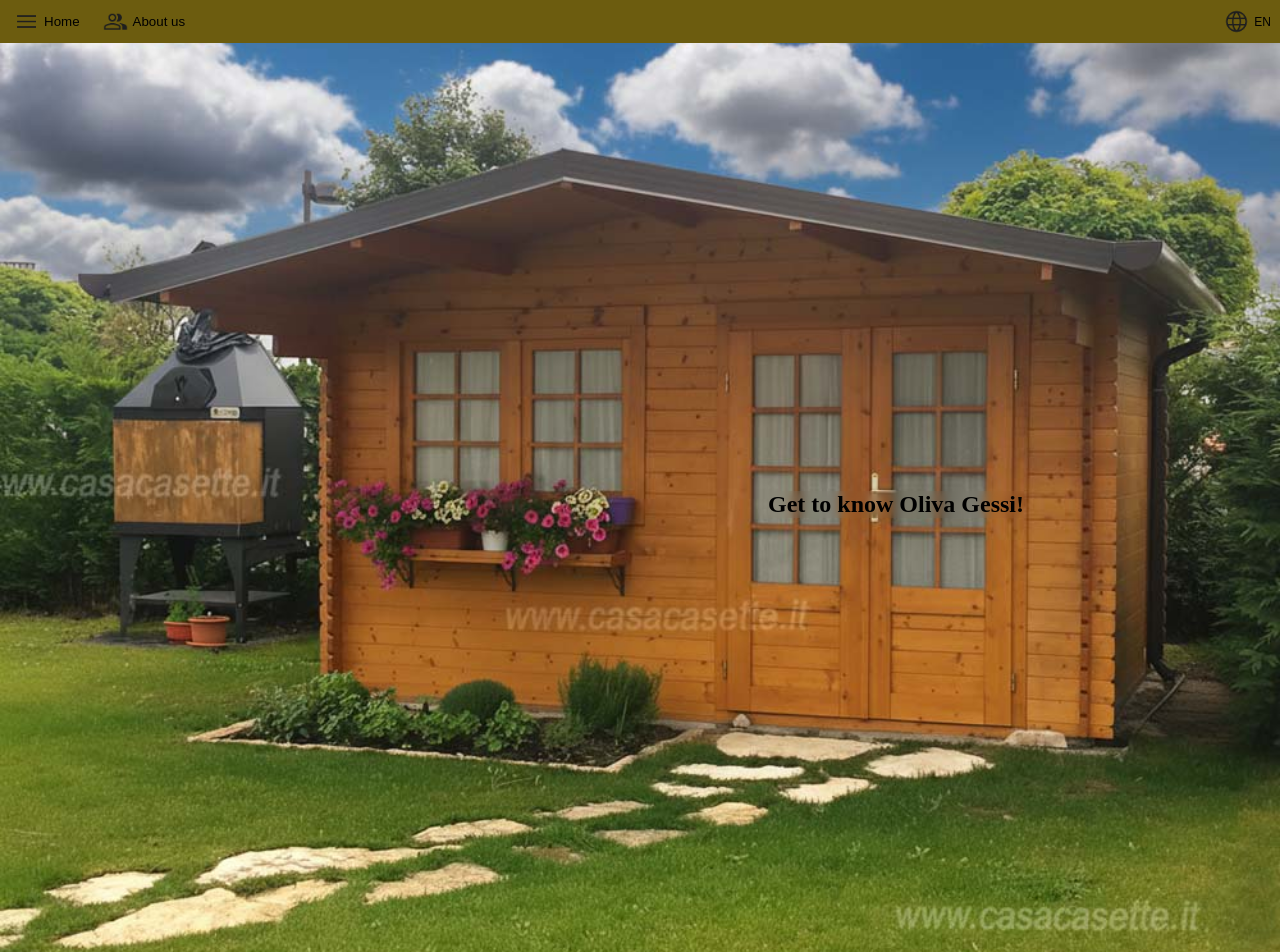
Repository: Seaside-Jokers/Oliva-gessi
Page: index.html
These files come from the project's save history. The page is drawn as it stood at one moment and after a run of saves; the edit follows.
The browser window is 1280 px wide. The pictures show the part of the page from y = 0 to 952 px (the page is 2002 px tall before and 2010 px after).
A picture or video elsewhere on the page could not be fetched, so the positions and the page height are approximate.

Above is the page before, as saved 2026-02-17 01:18:51.

After the next 2 saves:
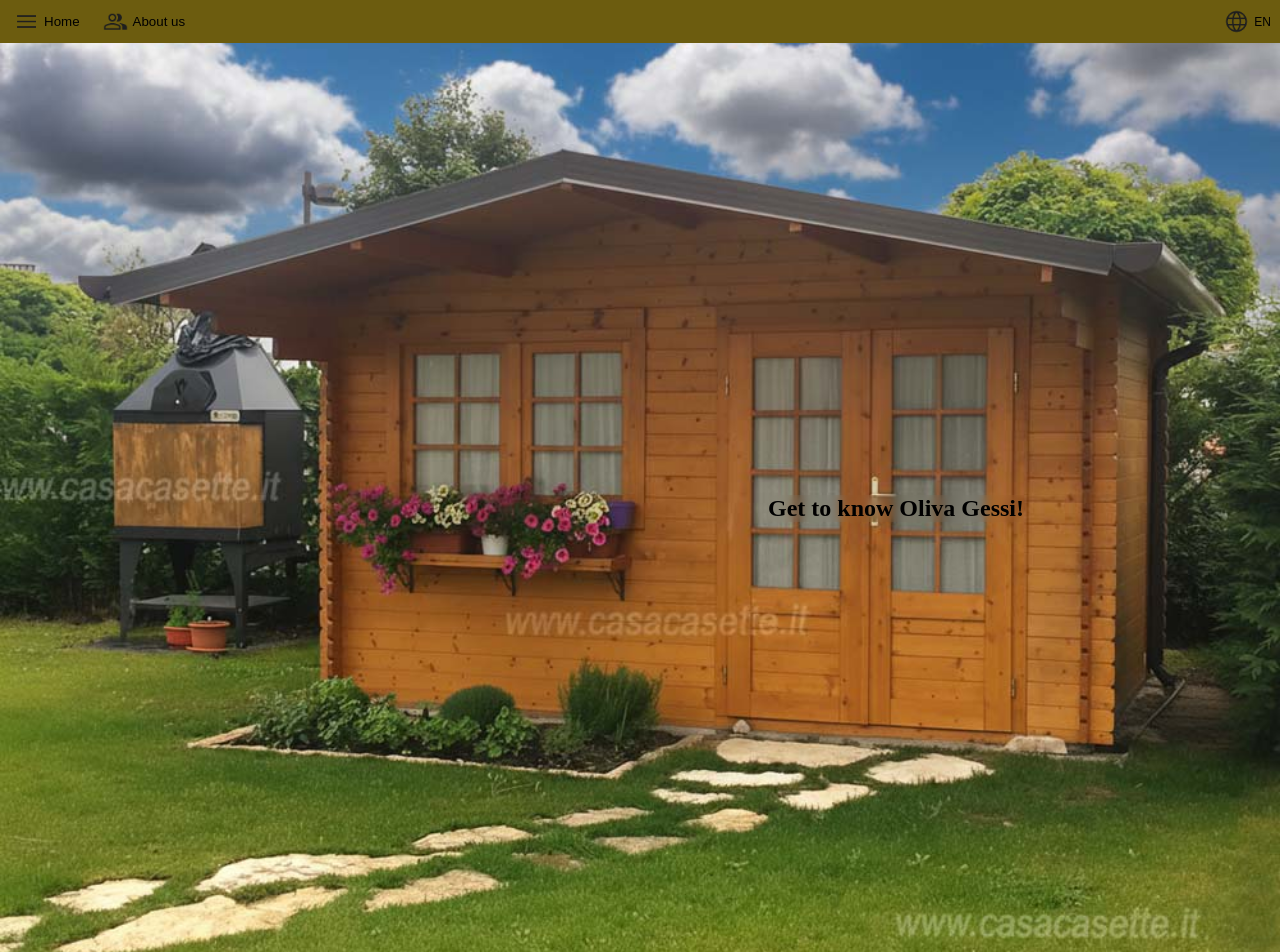
The 2 saves are shown as one change because they came seconds apart.
The last was saved 69 s later.
--- a/src/style.css
+++ b/src/style.css
@@ -153,7 +153,7 @@ details {
 }
 .immagine {
     width: 100%;
-    height: auto;
+    aspect-ratio: 4/3;
     margin-left: auto;
     margin-right: 0;
 }
